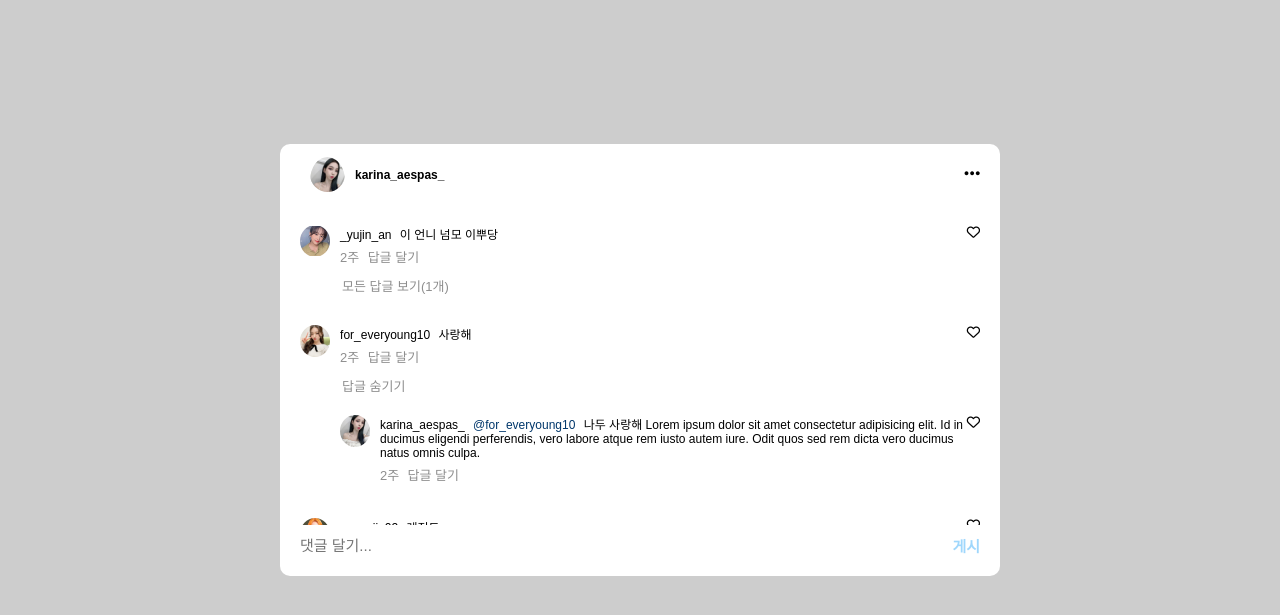
Repository: SNSFiestaTeam/Fiesta
Page: Fiesta/src/main/webapp/html/action/comment.html
An editor plug-in stored every save of this project. The page is shown before and after the next save, followed by the edit.
The browser window is 1280 px wide. The pictures show the whole page.
Some web fonts or font styles are not loaded; a fallback is used. Some web libraries are served in a nearby version.

Above is the page before, as saved 2022-11-28 17:26:18.

### Fiesta/src/main/webapp/html/action/comment.html
<!DOCTYPE html>
<html lang="en">
  <head>
    <meta charset="UTF-8" />
    <meta http-equiv="X-UA-Compatible" content="IE=edge" />
    <meta name="viewport" content="width=device-width, initial-scale=1.0" />
    <title>Document</title>
    <link rel="stylesheet" href="../../resources/css/common-style.css" />
    <link rel="stylesheet" href="../../resources/css/comment-style.css" />

    <script
      src="https://kit.fontawesome.com/591746f9e8.js"
      crossorigin="anonymous"
    ></script>
  </head>
  <body>
    <section id="commentContainerM">
      <section id="commentListAreaM">
        <div id="writerInfoAreaM">
          <div id="writerInfoM">
            <a href="html/profile/memberfeed(신아민) .html" id="profilePhotoM">
              <img
                id="feedProfileImageM"
                src="../../resources/images/karina.jpeg"
              />
            </a>
            <a href="#" class="feed-memberId-m">karina_aespas_</a>
          </div>
          <div>
            <button
              type="button"
              id="feedHeaderMenuM"
              class="fa-solid fa-ellipsis feed-header-menu"
            ></button>
          </div>
        </div>

        <div class="comment-container-m">
          <div class="comment-area-m">
            <ul class="comment-list-m two-line">
              <!-- 첫번째 댓글(답글 보기 X) -->
              <li class="comment-m">
                <div class="comment-firstchild-m">
                  <a href="#" id="commentProfileM">
                    <img
                      id="commentProfileImageM"
                      src="../../resources/images/안유진.jpg"
                    />
                  </a>
                  <div>
                    <div class="comment-firstline-m">
                      <div>
                        <a href="#" class="comment-memberId-m">_yujin_an</a>
                        <span class="comment-content-m"
                          >이 언니 넘모 이뿌당</span
                        >
                      </div>
                      <div>
                        <button class="comment-like-btn-m">
                          <i class="fa-regular fa-heart"></i>
                        </button>
                      </div>
                    </div>
                    <div class="create-reply-m">
                      <a href="#">2주</a>
                      <a href="#">답글 달기</a>
                      <button
                        type="button"
                        class="fa-solid fa-ellipsis hover-btn-m"
                      ></button>
                    </div>
                  </div>
                </div>
                <a href="#" class="more-reply-m">모든 답글 보기(1개)</a>
              </li>

              <!-- 두번째 댓글(답글 보기 O) -->
              <li class="comment-m">
                <div class="comment-firstchild-m">
                  <a href="#" id="commentProfileM">
                    <img
                      id="commentProfileImageM"
                      src="../../resources/images/장원영.jpg"
                    />
                  </a>
                  <div>
                    <div class="comment-firstline-m">
                      <div>
                        <a href="#" class="comment-memberId-m"
                          >for_everyoung10</a
                        >
                        <span class="comment-content-m">사랑해</span>
                      </div>
                      <div>
                        <button class="comment-like-btn-m">
                          <i class="fa-regular fa-heart"></i>
                        </button>
                      </div>
                    </div>
                    <div class="create-reply-m">
                      <a href="#">2주</a>
                      <a href="#">답글 달기</a>
                      <button
                        type="button"
                        class="fa-solid fa-ellipsis hover-btn-m"
                      ></button>
                    </div>
                  </div>
                </div>
                <a href="#" class="more-reply-m">답글 숨기기</a>
                <!-- 답글 리스트 -->
                <ul>
                  <!-- 두번째 댓글의 답글 -->
                  <li class="comment-m" id="replyM">
                    <div class="reply-firstchild-m">
                      <a href="#" id="commentProfileM">
                        <img
                          id="commentProfileImageM"
                          src="../../resources/images/karina.jpeg"
                        />
                      </a>
                      <div>
                        <div class="reply-firstline-m">
                          <div>
                            <a href="#" class="comment-memberId-m"
                              >karina_aespas_</a
                            >
                            <a href="#" class="mention-m">@for_everyoung10</a>
                            <span class="comment-content-m"
                              >나두 사랑해 Lorem ipsum dolor sit amet
                              consectetur adipisicing elit. Id in ducimus
                              eligendi perferendis, vero labore atque rem iusto
                              autem iure. Odit quos sed rem dicta vero ducimus
                              natus omnis culpa.</span
                            >
                          </div>
                          <div>
                            <button class="comment-like-btn-m">
                              <i class="fa-regular fa-heart"></i>
                            </button>
                          </div>
                        </div>
                        <div class="create-reply-m">
                          <a href="#">2주</a>
                          <a href="#">답글 달기</a>
                          <button
                            type="button"
                            class="fa-solid fa-ellipsis hover-btn-m"
                          ></button>
                        </div>
                      </div>
                    </div>
                  </li>
                </ul>
              </li>

              <!-- 세번째 댓글 -->
              <li class="comment-m">
                <div class="comment-firstchild-m">
                  <a href="#" id="commentProfileM">
                    <img
                      id="commentProfileImageM"
                      src="../../resources/images/이영지.jpg"
                    />
                  </a>
                  <div>
                    <div class="comment-firstline-m">
                      <div>
                        <a href="#" class="comment-memberId-m">youngji_02</a>
                        <span class="comment-content-m">레전드</span>
                      </div>
                      <div>
                        <button class="comment-like-btn-m">
                          <i class="fa-regular fa-heart"></i>
                        </button>
                      </div>
                    </div>
                    <div class="create-reply-m">
                      <a href="#">2주</a>
                      <a href="#">답글 달기</a>
                      <button
                        type="button"
                        class="fa-solid fa-ellipsis hover-btn-m"
                      ></button>
                    </div>
                  </div>
                </div>
                <a href="#" class="more-reply-m">모든 답글 보기(1개)</a>
              </li>

              <!-- 네번째 댓글 -->
              <li class="comment-m">
                <div class="comment-firstchild-m">
                  <a href="#" id="commentProfileM">
                    <img
                      id="commentProfileImageM"
                      src="../../resources/images/이영지.jpg"
                    />
                  </a>
                  <div>
                    <div class="comment-firstline-m">
                      <div>
                        <a href="#" class="comment-memberId-m">youngji_02</a>
                        <span class="comment-content-m">레전드</span>
                      </div>
                      <div>
                        <button class="comment-like-btn-m">
                          <i class="fa-regular fa-heart"></i>
                        </button>
                      </div>
                    </div>
                    <div class="create-reply-m">
                      <a href="#">2주</a>
                      <a href="#">답글 달기</a>
                      <button
                        type="button"
                        class="fa-solid fa-ellipsis hover-btn-m"
                      ></button>
                    </div>
                  </div>
                </div>
                <a href="#" class="more-reply-m">모든 답글 보기(1개)</a>
              </li>

              <!-- 네번째 댓글 -->
            </ul>
          </div>
        </div>
        <div class="comment-input-area-m">
          <form name="commentForm" action="#">
            <input
              name="comment"
              id="commentInputM"
              class="comment-input-m"
              type="text"
              placeholder="댓글 달기..."
              autocomplete="off"
            />
            <button class="posting-btn" disabled>게시</button>
          </form>
        </div>
      </section>
    </section>
  </body>
</html>

### Fiesta/src/main/webapp/resources/css/common-style.css
@import url('https://fonts.googleapis.com/css2?family=Noto+Sans+KR:wght@100;300;400;500;700;900&display=swap');
@import url('https://fonts.googleapis.com/css2?family=Chewy&display=swap');
@import url('https://fonts.googleapis.com/css2?family=Leckerli+One&display=swap');
@import url('https://fonts.googleapis.com/css2?family=Cookie&display=swap');
@import './root-style.css';
@import url('https://fonts.googleapis.com/css2?family=Nanum+Gothic:wght@400;700;800&display=swap');
@import url('https://fonts.googleapis.com/css2?family=IBM+Plex+Sans+KR:wght@100;200;300;400;500&display=swap');

/* 전체 적용 스타일 */
* {
  margin: 0;
  padding: 0;
  box-sizing: border-box;
  list-style: none;
  /* font-family: 'Noto Sans KR', sans-serif; */
  /* font-family: 'Nanum Gothic', sans-serif; */
  font-family: 'IBM Plex Sans KR', sans-serif;
}

a {
  text-decoration: none;
  color: black;
}

body {
  width: vw;
  font-size: 18px;
}

button {
  border: none;
  background-color: white;
}

footer {
  width: 100%;
  height: 134px;
  color: gray;
  font-size: var(--small-font-size);
  padding-bottom: 40px;

  display: flex;
  flex-direction: column;
  justify-content: space-around;
  align-items: center;
}

footer a {
  color: gray;
}

header {
  width: 100%;
  height: 60px;
  border-bottom: 1px solid #ccc;

  position: sticky;
  top: 0;
  background-color: white;

  display: flex;
  justify-content: center;
  z-index: 2;
}

header > section {
  width: 1000px;
  padding: 0 20px;

  display: flex;
  justify-content: space-between;
  align-items: center;
}

.logo-section a {
  font-family: 'Cookie', cursive;
  /* font-family: 'Chewy', cursive; */
  color: #dd4132;
  font-size: 50px;
  width: 120px;
  height: auto;
}

#logo {
  width: 120px;
  height: auto;
}

.search-section {
  width: 50%;

  display: flex;
  justify-content: center;
}

.search-section fieldset {
  height: 36px;
  width: 90%;
  background-color: --main-font-color;
  border: none;
  border-radius: 5px;

  display: flex;
  justify-content: center;
  align-items: center;
}

.search-section fieldset input {
  width: 200px;
}

#searchX {
  display: flex;
  justify-content: center;
  align-items: center;

  border-radius: 50%;

  display: none;
}

#searchX > i {
  background-color: #ccc;
  display: block;
  width: 15px;
  height: 15px;
  border-radius: 50%;
  font-size: 10px;

  display: flex;
  justify-content: center;
  align-items: center;
  color: white;
}

.search-section fieldset:focus-within > #search-glass {
  display: none;
}

.search-section fieldset:focus-within > #searchX {
  display: inline;
}

.search-section fieldset > input {
  height: 25px;
  border: none;
  outline: none;
  font-size: var(--madium-font-size);

  flex-basis: 80%;
}

.search-section fieldset > button {
  height: 25px;
  margin-right: 10px;
  font-size: 16px;
  color: var(--main-font-color);

  flex-basis: 10%;
}

nav {
  flex-shrink: 0;
}

nav > ul {
  font-size: var(--large-icon-size);

  display: flex;
  justify-content: space-between;
}

nav li {
  margin-left: 10px;
  flex-shrink: 0;

  text-align: center;
}

nav li > button {
  width: 100%;
  height: 100%;
  font-size: var(--large-icon-size);
}

nav li > button:active {
  color: var(--main-font-color);
}

nav li > a:active {
  color: var(--main-font-color);
}

nav i {
  flex-shrink: 0;
}

#searchBtn {
  display: none;
}

.toggle-search-section {
  display: none;
}

@media screen and (min-width: 1024px) {
  /* Desktop */
}

@media screen and (min-width: 471px) and (max-width: 1023px) {
  /* Tablet */
}

@media screen and (max-width: 780px) {
  .search-section > form {
    display: none;
  }

  #searchBtn {
    display: inline;
  }

  .toggle-search-section {
    width: 100vw;
    height: 80px;

    position: sticky;
    top: 60px;

    display: flex;
    justify-content: center;
    align-items: center;
    z-index: 40;
    display: none;
  }

  .toggle-search-section fieldset {
    height: 38px;
    width: 100%;
    background-color: #ffffff90;
    border: 1px solid #8e8e8e;
    border-radius: 5px;
    padding-left: 10px;

    display: flex;
    justify-content: center;
    align-items: center;
  }

  .toggle-search-section fieldset > input {
    height: 100%;
    width: 100%;
    border: none;
    outline: none;
    font-size: var(--madium-font-size);
    background-color: #ffffff00;

    flex-basis: 80%;
  }

  .toggle-search-section fieldset > button {
    height: 30px;
    margin-right: 10px;
    font-size: 16px;
    color: var(--fiesta-color);
    background-color: #ffffff00;

    flex-basis: 10%;
  }
}

@media screen and (max-width: 470px) {
  /* mobile */

  html {
    width: 100%;
  }

  body {
    width: vw;
  }

  footer {
    display: none;
  }

  #header-section {
    width: vw;
  }

  #newPost {
    width: 60px;
    height: 60px;
    border: 2px solid #8e8e8e;
    border-radius: 50%;
    background-color: white;
    display: flex;
    justify-content: center;
    align-items: center;

    font-size: 30px;

    position: fixed;
    bottom: 20px;
    right: 10px;
  }
}

### Fiesta/src/main/webapp/resources/css/comment-style.css
@import "./root-style.css";

#commentContainerM {
  width: 100vw;
  height: 100vh;
  background-color: #8e8e8e70;

  display: flex;
  align-items: center;
  justify-content: center;
}

#commentListAreaM {
  width: 70%;
  height: 60%;
  background-color: white;

  border-radius: 10px;

  padding: 10px 20px;
}

#commentListAreaM::-webkit-scrollbar {
  display: none;
}

#writerInfoAreaM {
  height: 10%;
  display: flex;
  justify-content: space-between;
  align-items: center;
}

#writerInfoM {
  display: flex;
  align-items: center;
}

.feed-header-m {
  height: 56px;

  flex-basis: 10%;

  display: flex;
  justify-content: space-between;
  align-items: center;
}

.fa-ellipsis {
  font-size: var(--large-font-size);
}

#writerInfoM {
  display: flex;
  align-items: center;
}

.feed-memberId-m {
  font-size: 16px;
  font-weight: bold;
}

#profilePhotoM {
  display: block;
  border-radius: 50%;
  width: 35px;
  height: 35px;
  overflow: hidden;
  margin: 10px;
  display: flex;
  justify-content: center;
  align-items: center;
}

#writerInfoM > a {
  font-size: var(--small-font-size);
}

#feedProfileImageM {
  width: 100%;
  border-radius: 50%;
}

#writerInfoM a,
#writerInfoM span {
  display: block;
}

#feedHeaderMenuM {
  cursor: pointer;
}

/* 댓글 */
.comment-container-m {
  height: 80%;
  overflow: auto;
}

.comment-container-m::-webkit-scrollbar {
  display: none;
}

.comment-container-m > button {
  display: block;
  padding-top: 8px;
  color: var(--main-font-color);
}

.comment-icon-menu-m a:hover {
  color: var(--main-font-color);
}

.comment-area-m > ul > li {
  width: 100%;
}

.comment-m {
  font-size: var(--small-font-size);
  display: flex;
  flex-direction: column;
}

.comment-firstline-m {
  display: flex;
  justify-content: space-between;
}

/* 댓글 상세보기 설정 */
a#commentProfileM {
  display: none;
}

.create-reply-m {
  display: none;
}
/* 댓글 상세보기 설정 여기까지 */

.comment-memberId-m {
  font-size: var(--small-font-size);
  font-weight: 500;
  margin-right: 5px;
}

.like-heart-m:hover {
  color: gray;
}

.mention-m {
  color: var(--mention-font-color);
  margin-right: 5px;
}

.comment-area-m li {
  display: flex;
  margin: 4px 0;
}

.create-date-m {
  color: var(--main-font-color);
  font-size: 10px;
  margin: 10px 0;
}

.more-reply-m {
  display: none;
}

.comment-input-area-m {
  margin: auto;
  height: 10%;
  font-size: var(--small-font-size);
}

.comment-input-area-m > form {
  height: 100%;
  display: flex;
  justify-content: space-between;
  align-items: center;
}

.comment-input-area-m input {
  border: 0;
  outline: none;
  flex-basis: 90%;
}

.comment-input-area-m button {
  color: var(--point-font-color);
  font-weight: bold;
}

.comment-input-area-m button:disabled {
  color: #0095f660;
  cursor: default;
}

/* 댓글 상세보기 설정 */
.comment-container-m {
  display: flex;
  flex-direction: column;
}

.comment-area-m > ul > li {
  justify-content: center;
  margin-top: 30px;
}

a#commentProfileM {
  display: flex;
  justify-content: center;
  align-items: center;
  width: 32px;
  height: 32px;
  border-radius: 50%;
  overflow: hidden;
  margin-right: 10px;

  object-fit: fill;
}

#commentProfileImageM {
  width: 100%;
}

.comment-firstchild-m {
  width: 100%;
  display: flex;
}

.comment-firstchild-m > div {
  width: 100%;
}

div.comment-firstline-m {
  width: 100%;
  display: flex;
  justify-content: space-between;
}

.comment-like-btn-m {
  cursor: pointer;
}

.reply-firstchild-m {
  display: flex;
}

.reply-firstchild-m > div {
  width: 100%;
}

div.reply-firstline-m {
  display: flex;
  justify-content: space-between;
}

.create-reply-m {
  margin-top: 5px;
  display: block;
}

.create-reply-m > a {
  color: #8e8e8e;
  font-size: 13px;
  margin-right: 5px;
}

.hover-btn-m {
  margin-left: 10px;
  color: white;
  cursor: pointer;
}

.create-reply-m:hover > .hover-btn-m {
  color: #8e8e8e;
}

.more-reply-m {
  display: block;
  margin-top: 10px;
  margin-left: 42px;
  font-size: 13px;
  color: #8e8e8e;
}

.more-reply-m::before {
  content: "";
}

/* 댓글 상세보기 스타일 end */

/* 답글 스타일 */
#replyM {
  margin-left: 40px;
  margin-top: 20px;
}
/* 답글 스타일 end */

/* 댓글 입력창 */

.comment-input-area-m > form {
  align-items: center;
  margin-bottom: 5px;
}

.comment-input-area-m > form > input {
  height: 100%;
  font-size: 15px;
}

.comment-input-area-m > form > button {
  font-size: 15px;
}

@media screen and (min-width: 1024px) {
  #commentListAreaM {
    width: 720px;
    height: 60%;
    background-color: white;

    border-radius: 10px;

    padding: 10px 20px;
  }
}

### Fiesta/src/main/webapp/resources/css/root-style.css
/* 루트 함수
공동으로 사용할 스타일을 미리 지정해놓고 사용 가능
스타일 지정시 지정할 스타일: 루트 함수명 으로 사용 가능
--만 타이핑 하면 자동완성 리스트가 뜨고
선택하면 var()함수까지 자동완성됨 */
:root {
  --background-color: white;
  --main-font-color: #8e8e8e;
  --icon-button-color: #262626;
  --point-font-color: #0095f6;
  --mention-font-color: #00376b;
  --fiesta-color: #dd4132;
  --small-font-size: 12px;
  --main-font-size: 13px;
  --madium-font-size: 16px;
  --large-icon-size: 24px;
}

After the next save:
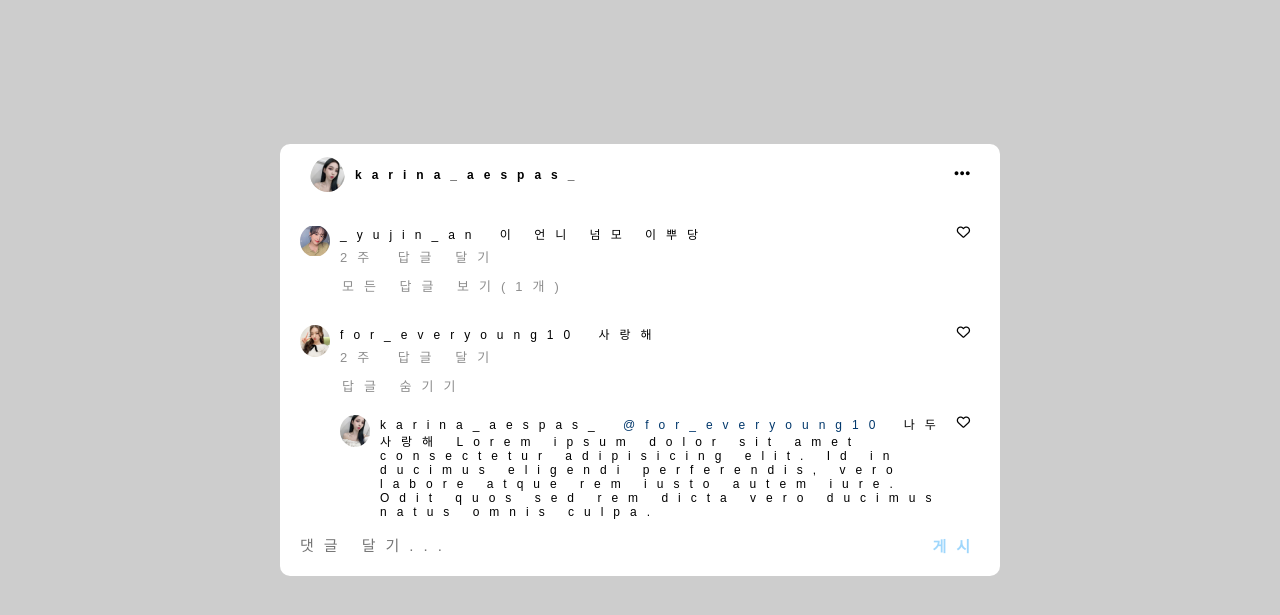
Saved 71 s later.
--- a/Fiesta/src/main/webapp/resources/css/common-style.css
+++ b/Fiesta/src/main/webapp/resources/css/common-style.css
@@ -15,6 +15,7 @@
   /* font-family: 'Noto Sans KR', sans-serif; */
   /* font-family: 'Nanum Gothic', sans-serif; */
   font-family: 'IBM Plex Sans KR', sans-serif;
+  letter-spacing: 10px;
 }
 
 a {
